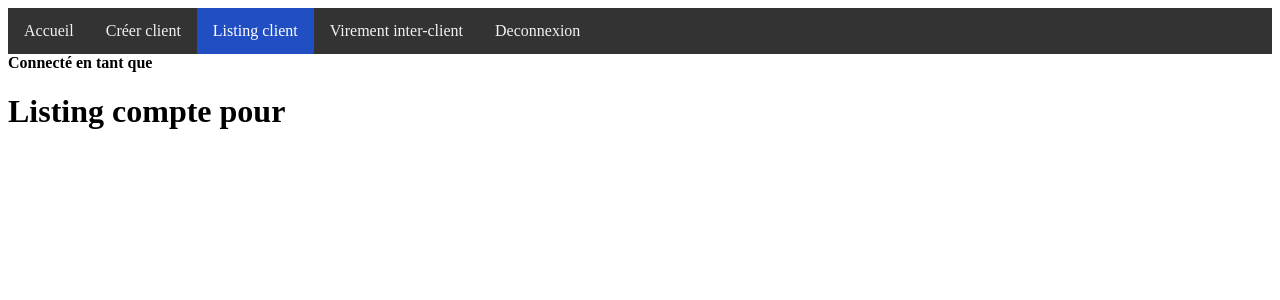
Repository: LoicAuge/Projet-Banque-Java-Spring
Page: http://localhost/banque-www/WEB-INF/views/listingCompte.jsp
These files come from the project's save history. The page is drawn as it stood at one moment and after the next save; the edit follows.
The browser window is 1280 px wide. The pictures show the whole page.
Some web fonts or font styles are not loaded; a fallback is used. The page is served by Tomcat 9. Nobody is signed in. The template is opened directly, without the code that normally fills it, so the values that code supplies are empty.

Above is the page before, as saved 2021-01-09 14:20:15.

After the next save:
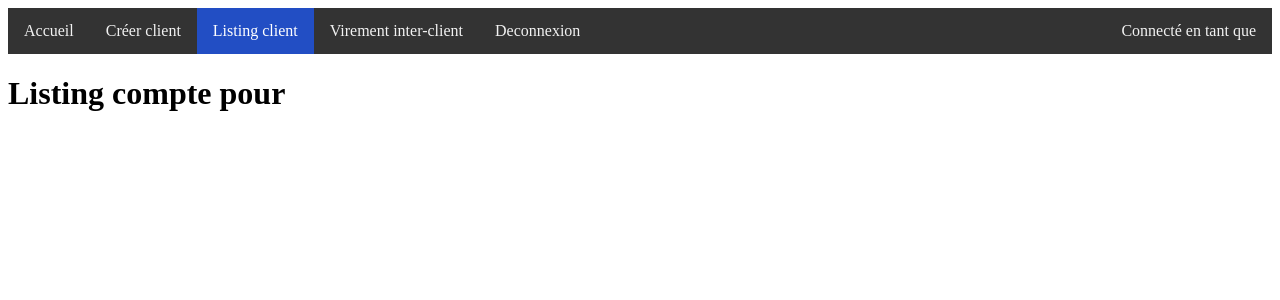
Saved 102 s later.
--- a/banque-www/src/main/webapp/WEB-INF/views/listingCompte.jsp
+++ b/banque-www/src/main/webapp/WEB-INF/views/listingCompte.jsp
@@ -9,7 +9,7 @@
 </head>
 <body>
 <div class="topnav">
-<div></div>
+<div>
   <a href="/banque">Accueil</a>
   <a href="createClient">Créer client</a>
   <a class="active" href="listingClient">Listing client</a>
